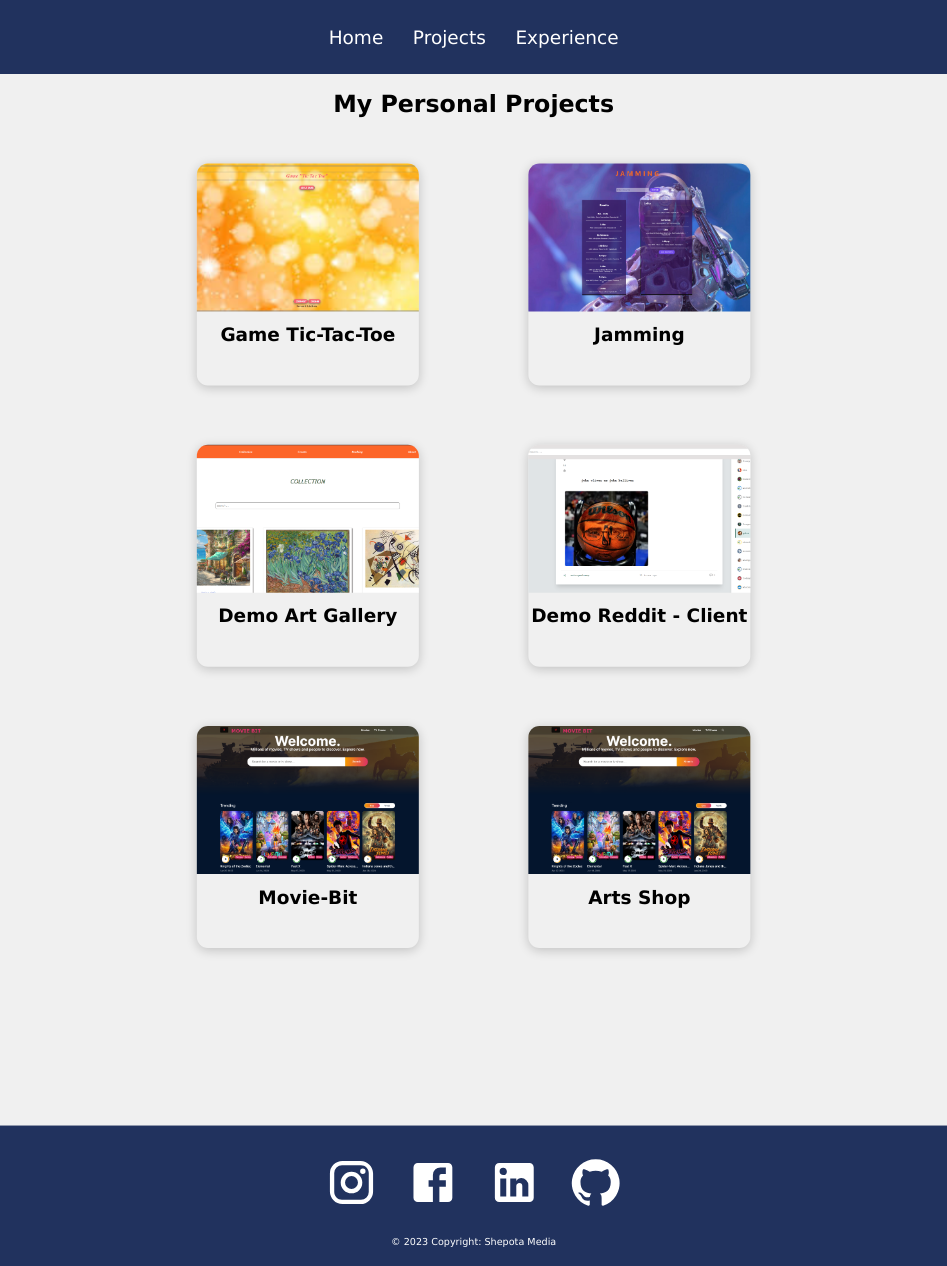
Repository: LolaSL/react-portfolio
Page: /projects
These files come from the project's save history. The page is drawn as it stood at one moment and after the next save; the edit follows.
The browser window is 1280 px wide. The pictures show the whole page, at 74% of full size.
The project was rebuilt for these pictures with package versions that can differ from the ones it lists, and the page was loaded fresh each time. Also part of the build but not shown: src/pages/Home/Style.css, src/pages/Home/Home.jsx, src/pages/Experience/Experience.jsx.

Above is the page before, as saved 2023-06-28 21:23:35.

### src/App.js

import './App.css';
import { BrowserRouter as Router, Routes, Route } from 'react-router-dom';
import Home from './pages/Home/Home.jsx';
import Projects from './pages/Projects/Projects.jsx';
import Experience from './pages/Experience/Experience.jsx';
import Navbar from "./components/Navbar/Navbar.jsx";
import Footer from './components/Footer/Footer.jsx';

function App() {
  return (
    <div className="App">
      <Router>
      <Navbar />
        <Routes>
          <Route path="/" element={<Home />} />
          <Route path="/projects" element={<Projects/>} />
          <Route path="/experience" element ={<Experience/>}/>
        </Routes>
        <Footer />
      </Router>
    </div>
  );
}

export default App;

### src/App.css
.App {
  width: 100%;
  height: auto;
  display: flex;
  flex-direction: column;
  font-family:'Lucida Sans', 'Lucida Sans Regular', 'Lucida Grande', 'Lucida Sans Unicode', Geneva, Verdana, sans-serif;
  background-color: #f0f0f0;
}

body {
  padding: 0;
  margin: 0;
}

### src/pages/Projects/Projects.jsx
import React from "react";
import ProjectItem from "../../components/ProjectItem/ProjectItem.jsx";
import { ProjectList } from "../../helpers/ProjectList.js";
import "./Style.css";


function Projects() {
  return (
    <div className="projects">
      <h1> My Personal Projects</h1>
      <div className="projectList">
        {ProjectList.map((project, index) => {
          return (
            <ProjectItem id={index} name={project.name} image={project.image} />
          );
        })}
      </div>
    </div>
  );
}

export default Projects;

### src/components/Navbar/Navbar.jsx
import React, { useEffect, useState } from "react";
import { Link, useLocation } from "react-router-dom";
import DehazeIcon from '@mui/icons-material/Dehaze';
import "./Style.css";

const Navbar = () => {
    const [expandNavbar, setExpandNavbar] = useState(false);
    const location = useLocation();
    useEffect(() => {
        setExpandNavbar(false);
      }, [location]);
    return (
        <div className="navbar" id={expandNavbar ? "open" : "close"}>
        <div className="toggleButton">
        <button
          onClick={() => {
            setExpandNavbar((prev) => !prev);
          }}
        >
          < DehazeIcon/>
        </button>
      </div>
    <div className="links">
        <Link to="/"> Home </Link>
        <Link to="/projects"> Projects </Link>
        <Link to="/experience"> Experience </Link>
            </div>
        </div>
  )
}

export default Navbar;

### src/components/Footer/Footer.jsx
import React from "react";
import InstagramIcon from "@mui/icons-material/Instagram";
import FacebookIcon from "@mui/icons-material/Facebook";
import LinkedInIcon from "@mui/icons-material/LinkedIn";
import GitHubIcon from "@mui/icons-material/GitHub";
import "./Style.css";

const Footer = () => {
  return (
    <div className="footer">
      <div className="socialMedia">
        <InstagramIcon />
        <FacebookIcon />
        <LinkedInIcon />
        <GitHubIcon />
      </div>
      <div className="copyright">
        <p>&copy; {new Date().getFullYear()} Copyright: Shepota Media</p>
      </div>
    </div>
  );
};

export default Footer;

### src/helpers/ProjectList.js
import Project1 from "../assets/project1.png";
import Project2 from "../assets/project2.png";
import Project3 from "../assets/project3.png";
import Project4 from "../assets/project4.png";
import Project5 from "../assets/project5.png";
import Project6 from "../assets/project6.png";

export const ProjectList = [
  {
    name: "Game Tic-Tac-Toe",
    image: Project1,
    skills: "JavaScript, HTML, CSS,  Git and GitHub,",
  },
  {
    name: "Jamming",
    image: Project2,
    skills: "React, HTML, CSS, HTTP Requests and Responses, Git and GitHub, (Client part - front-end).  ",
  },
  {
    name: "Demo Art Gallery",
    image: Project3,
    skills: "React, mock data server,  Git and GitHub, i18n for content translation in two languages: English and Russian (Client part - front-end).",
  },
  {
    name: "Demo Reddit - Client",
    image: Project4,
    skills: "React, Redux Toolkit, Redux, Reddit API, Git and GitHub, Jest, (Client part - front-end).",
  },
  {
    name: "Movie-Bit",
    image: Project5,
    skills: "React, SCSS, Redux Toolkit, SCSS, Redux, TMBD API, Git and GitHub, Jest, (Client part - front-end).",
  },  {
    name: "Arts Shop",
    image: Project5,
    skills: "React hooks, Bootstrap, , React Api-Context, React Router, Webpack, NPM (basics), Mongo DB, (Full Stack)",
  },
];

### src/pages/Projects/Style.css
.projects {
    width: 100%;
    height: auto;
    display: flex;
    justify-content: center;
    align-items: center;
    flex-direction: column;
  }
  .projects .projectTitle {
    text-align: center;
    color: #3e497a;
    font-size: 60px;
    font-weight: bolder;
  }

  .projectList {
    width: 70vw;
    height: auto;
    display: grid;
    grid-template-columns: 1fr 1fr 1fr;
    place-items: center;
  }

  /* MENU ITEM STYLING */

  .projectItem {
    border-radius: 15px;
    width: 300px;
    height: 300px;
    margin: 40px;
    box-shadow: 0px 3px 15px rgba(0, 0, 0, 0.2);
    text-align: center;
  }
  .projectItem:hover {
    box-shadow: 0px 3px 15px rgba(0, 0, 0, 0.5);
    transition: 0.3s ease-in;
    cursor: pointer;
  }

  .projectItem .bgImage {
    border-top-left-radius: 15px;
    border-top-right-radius: 15px;
    width: 100%;
    height: 200px;
    background-position: center;
    background-repeat: no-repeat;
    background-size: cover;
  }

  .projectItem h1 {
    font-size: 25px;
  }

  @media only screen and (max-width: 1300px) {
    .projectList {
      grid-template-columns: 1fr 1fr;
    }
  }

  @media only screen and (max-width: 800px) {
    .projectList {
      grid-template-columns: 1fr;
    }
  }

  @media only screen and (max-width: 800px) {
    .projectList {
      width: 100%;
    }
    .projectItem {
      width: 300px;
      height: 300px;
    }
  }

### src/components/Navbar/Style.css
.navbar {
    width: 100%;
    height: 100px;
    background: #21325e;
  }

  .links {
    width: 100%;
    height: 100%;
    display: flex;
    align-items: center;
    justify-content: center;
    color: white;
  }

  .navbar a {
    color: white;
    text-decoration: none;
    font-family: Verdana, Geneva, Tahoma, sans-serif;
    margin: 20px;
    font-size: 25px;
  }

  .toggleButton {
    width: 100%;
    height: 100px;
    display: flex;
    align-items: center;
    justify-content: flex-end;
  }

  .toggleButton svg {
    font-size: 50px;
  }
  .toggleButton button {
    margin-right: 20px;
    background-color: transparent;
    border: none;
    color: white;
    cursor: pointer;
  }

  #open {
    height: 100vh;
  }

  #open .links {
    flex-direction: column;
    justify-content: flex-start;
    margin-top: 100px;
  }

  #open a {
    width: 100%;
    text-align: center;
  }

  @media only screen and (max-width: 900px) {
    .navbar a {
      width: 70px;
    }
  }

  @media only screen and (max-width: 600px) {
    .toggleButton {
      display: flex;
    }
    #close a {
      display: none;
    }
  }

  @media only screen and (min-width: 600px) {
    .toggleButton {
      display: none;
    }

    .hiddenLinks {
      display: none;
    }

    #open {
      height: 100px;
    }

    #open .links {
      flex-direction: row;
    }
  }

### src/components/Footer/Style.css
.footer {
    width: 100%;
    height: 180px;
    background: #21325e;
    display: flex;
    justify-content: center;
    align-items: center;
    flex-direction: column;
    padding-top: 10px;
    margin-top: 200px;
  }

  .socialMedia svg{
    color: white;
    margin: 20px;
    font-size: 70px;
    cursor: pointer;
  }

p {
    color: white;
    font-size: small;
  }

  @media only screen and (max-width: 600px) {
    .footer svg {
      font-size: 50px;
    }
  }

Loaded but not shown: public/index.html (common file); src/index.js (common file); src/reportWebVitals.js (common file); src/components/ProjectItem/ProjectItem.jsx (common file)

After the next save:
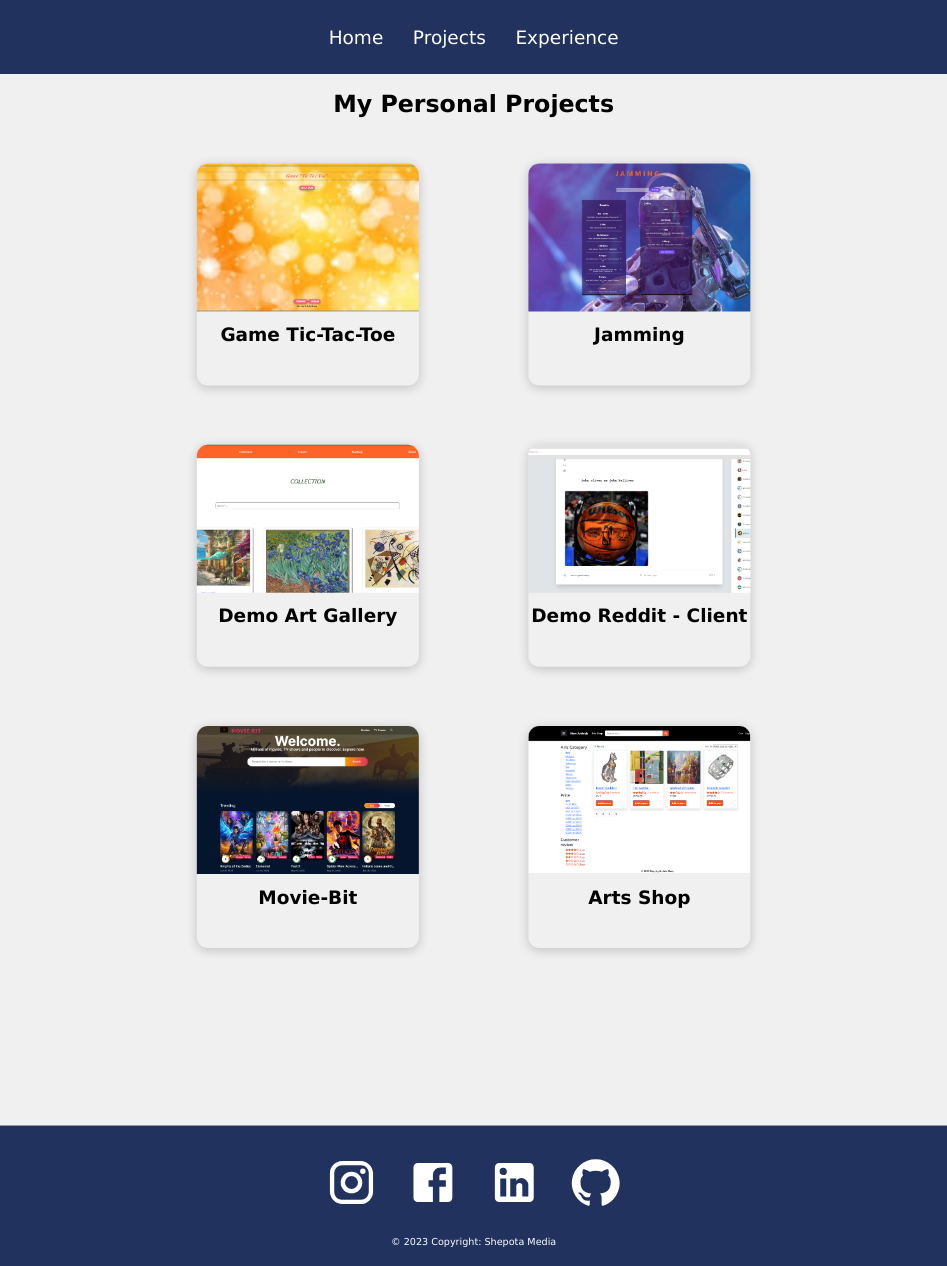
Saved 4 s later.
--- a/src/helpers/ProjectList.js
+++ b/src/helpers/ProjectList.js
@@ -32,7 +32,7 @@ export const ProjectList = [
     skills: "React, SCSS, Redux Toolkit, SCSS, Redux, TMBD API, Git and GitHub, Jest, (Client part - front-end).",
   },  {
     name: "Arts Shop",
-    image: Project5,
+    image: Project6,
     skills: "React hooks, Bootstrap, , React Api-Context, React Router, Webpack, NPM (basics), Mongo DB, (Full Stack)",
   },
 ];
